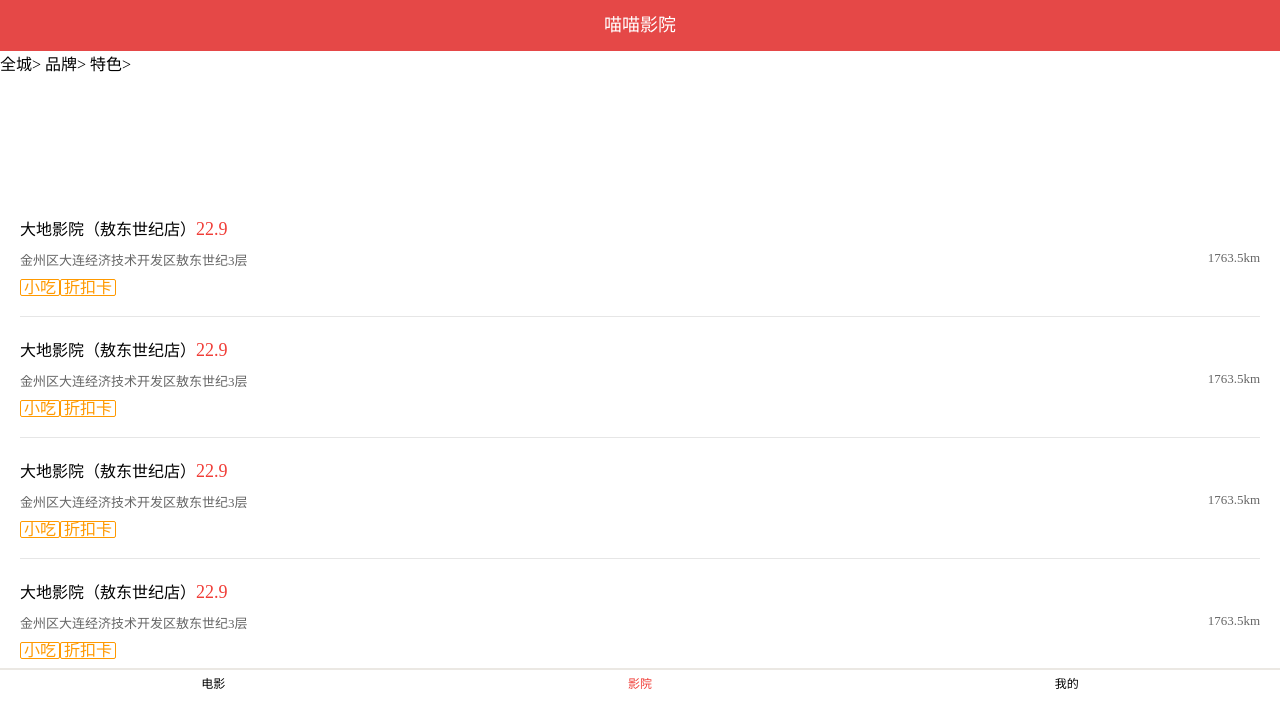
Repository: X-J-0/miaomiao_film
Page: /cinema (app in miaomiao/)
An editor plug-in stored every save of this project. The page is shown before and after the next save, followed by the edit.
The browser window is 1280 px wide. The pictures show the whole page.
The project was rebuilt for these pictures with package versions that can differ from the ones it lists, and the page was loaded fresh each time. Also part of the build but not shown: miaomiao/src/components/Allocate/index.vue. Imported but missing from the stored project, and not drawn on this page: miaomiao/src/components/Brand, miaomiao/src/components/Special.

Above is the page before, as saved 2020-03-24 19:38:03.

After the next save:
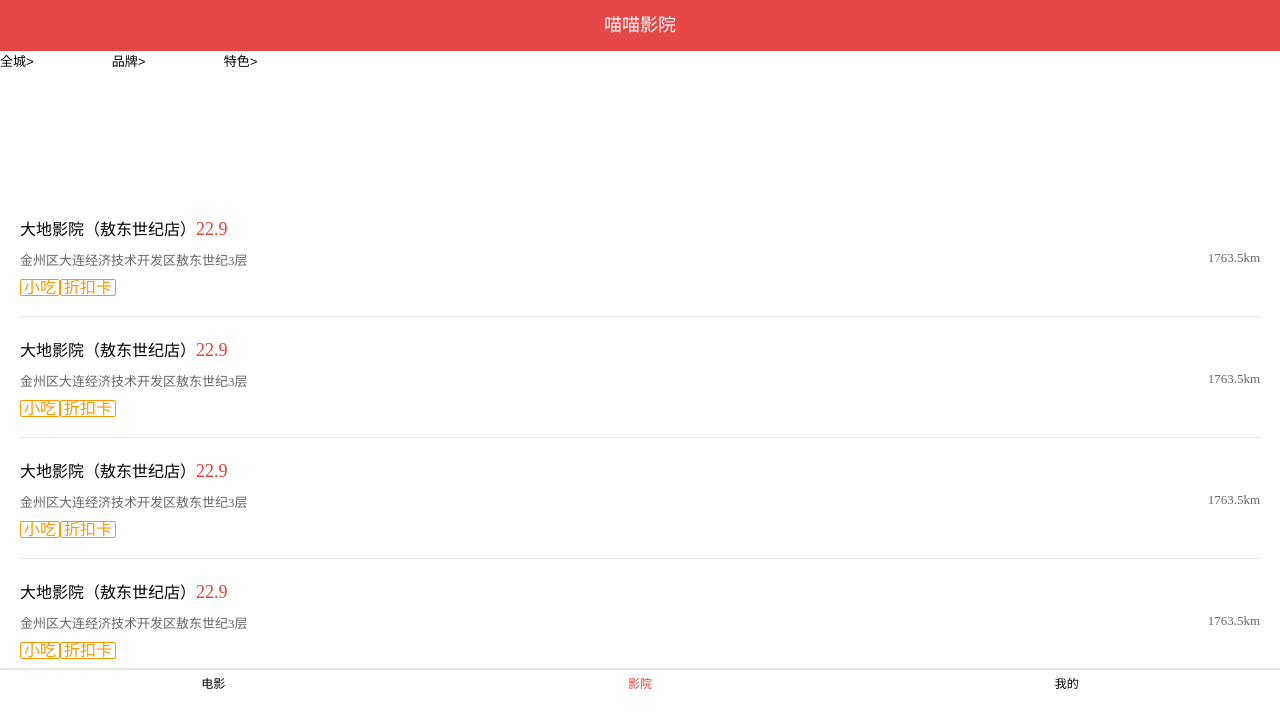
Saved 69 s later.
--- a/miaomiao/src/views/Cinema/index.vue
+++ b/miaomiao/src/views/Cinema/index.vue
@@ -3,15 +3,7 @@
         <Header title="喵喵影院" />
         <div id="content">
           <div class="cinema_menu">
-            <span class="city_switch">
-              全城>
-            </span>
-            <span class="brand_switch">
-              品牌>
-            </span>
-            <span class="feature_switch">
-              特色>
-            </span>
+            <pre><span class="city_switch">全城></span>          <span class="brand_switch">品牌></span>          <span class="feature_switch">特色></span></pre>
           </div>
         </div>
         <Clist/>
